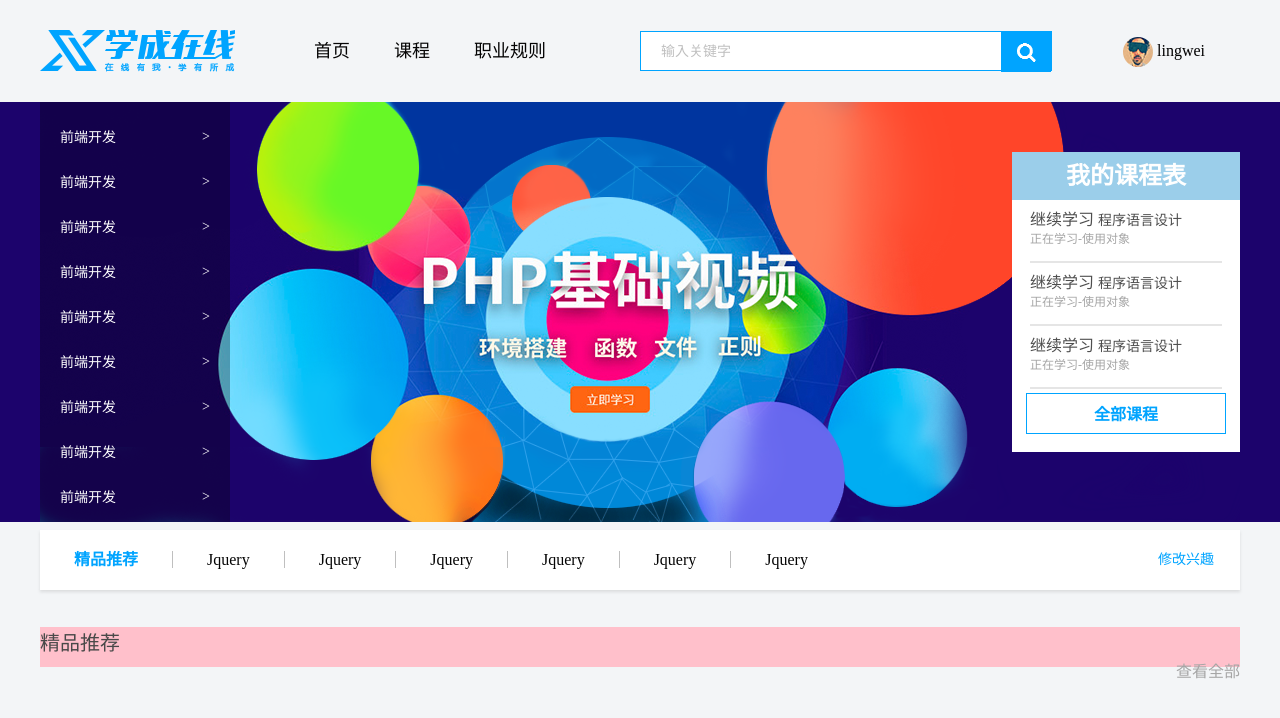
Repository: DengBiHua/xcdx
Page: index.html
The author's editor kept a copy of each file at every save. The page is drawn from the files as they stood at one save, then again after the next save.
The browser window is 1280 px wide. The pictures show the whole page.

Above is the page before, as saved 2022-04-15 10:11:36.

### index.html
<!DOCTYPE html>
<html lang="en">
<head>
    <meta charset="UTF-8">
    <meta http-equiv="X-UA-Compatible" content="IE=edge">
    <meta name="viewport" content="width=device-width, initial-scale=1.0">
    <title>学成在线</title>
    <link rel="stylesheet" href="css/index.css">
</head>
<body>
    <!-- 头部 -->
    <div class="header wrapper">
        <h1>
            <a href="#">
                <img src="images/logo.png" alt="">
            </a>
        </h1>
        <!-- 导航 -->
        <div class="nav">
            <ul>
                <li><a href="#">首页</a></li>
                <li><a href="#">课程</a></li>
                <li><a href="#">职业规则</a></li>
            </ul>
        </div>
        <!-- 搜索 -->
        <div class="search">
            <input type="text" placeholder="输入关键字">
            <button></button>
        </div>
        <!-- 用户 -->
        <div class="user">
            <img src="./images/user.png" alt="">
            <span>lingwei</span>
        </div>
    </div>
    <div class="banner">
        <div class="wrapper">
            <div class="left">
                <ul>
                    <li><a href="#">前端开发<span>></span></a></li>
                    <li><a href="#">前端开发<span>></span></a></li>
                    <li><a href="#">前端开发<span>></span></a></li>
                    <li><a href="#">前端开发<span>></span></a></li>
                    <li><a href="#">前端开发<span>></span></a></li>
                    <li><a href="#">前端开发<span>></span></a></li>
                    <li><a href="#">前端开发<span>></span></a></li>
                    <li><a href="#">前端开发<span>></span></a></li>
                    <li><a href="#">前端开发<span>></span></a></li>
                </ul>
            </div>
            <div class="right">
                <h2>我的课程表</h2>
                <div class="content">
                    <dl>
                        <dt>
                            <span class="titleLeft">继续学习</span>
                            <span class="titleRight">程序语言设计</span>
                        </dt>
                        <dd>正在学习-使用对象</dd>
                    </dl>
                    <dl>
                        <dt>
                            <span class="titleLeft">继续学习</span>
                            <span class="titleRight">程序语言设计</span>
                        </dt>
                        <dd>正在学习-使用对象</dd>
                    </dl>
                    <dl>
                        <dt>
                            <span class="titleLeft">继续学习</span>
                            <span class="titleRight">程序语言设计</span>
                        </dt>
                        <dd>正在学习-使用对象</dd>
                    </dl>
                </div>
                <a href="#" class="all">全部课程</a>
            </div>
        </div>
    </div>
    <!-- 精品推荐 -->
    <div class="recommend wrapper">
        <h2>精品推荐</h2>
        <ul>
            <li><a href="#">Jquery</a></li>
            <li><a href="#">Jquery</a></li>
            <li><a href="#">Jquery</a></li>
            <li><a href="#">Jquery</a></li>
            <li><a href="#">Jquery</a></li>
            <li><a href="#">Jquery</a></li>
        </ul>
        <a href="#" class="interest">修改兴趣</a>
    </div>
    <div class="recommendDetail wrapper">
        <div class="title">
            <h2>精品推荐</h2>
            <a href="#">查看全部</a>
        </div>
    </div>
</body>
</html>

### css/index.css
/* css代码顺序
1、浮动/display
2、盒子模型
3、文字样式
 */

/* 通用模版 */
* {
    margin: 0;
    padding: 0;
    /* 内减模式 */
    box-sizing: border-box;
}
li {
    /* 清除列表前方小圆点 */
    list-style-type: none;
}
a {
    /* 去除超链接文字的下划线 */
    text-decoration: none;
}
.clearfix::before,.clearfix::after {
    content: "";
    display: table;
}
.clearfix::after {
    clear: both;
}

/* 版心 */
.wrapper {
    width: 1200px;
    margin: 0 auto;
}

body {
    background-color: #f3f5f7;
}

/* 头部 */
.header {
    height: 42px;
    margin: 30px auto;
}

h1 {
    float: left;
}

/* 导航 */
.nav {
    float: left;

    height: 42px;
    margin-left: 70px;
}

.nav li {
    float: left;

    margin-right: 26px;
}

.nav li a {
    display: block;

    padding: 0 9px;
    height: 42px;
    line-height: 42px;

    font-size: 18px;
    color: #050505;
}

.nav li a:hover {
    border-bottom: 2px solid #00a4ff;
}

.search {
    float: left;
    margin-left: 59px;
    margin-top: 1px;
    width: 412px;
    height: 40px;
    border: 1px solid #00a4ff;
}

.search input {
    float: left;
    padding-left: 20px;
    width: 360px;
    height: 38px;
    border: 0;
}

.search input::placeholder {
    font-size: 14px;
    color: #bfbfbf;
}

.search button {
    float: left;
    width: 50px;
    height: 40px;
    background-image: url(../images/btn.png);
    border: 0;
}

.user {
    float: right;
    margin-right: 35px;
    height: 42px;
    line-height: 42px;
}

.user img {
    /* 调节图片垂直方向对齐方式 */
    vertical-align: middle;
}

.banner {
    height: 420px;
    background-color: #1c036c;
}

.banner .wrapper {
    height: 420px;
    background-image: url(../images/banner2.png);
}

.banner .left {
    float: left;
    padding: 0 20px;
    width: 190px;
    height: 420px;
    background-color: rgba(0, 0, 0, 0.3);
    line-height: 44px;
}

.banner ul {
    margin-top: 13px;
}

.banner a {
    font-size: 14px;
    color: #ffffff;
}

.banner a:hover {
    color: #00b4ff;
}

.banner .left span {
    float: right;
}

.banner .right {
    float: right;
    margin-top: 50px;
    width: 228px;
    height: 300px;
    background-color: #ffffff;
}

.banner .right h2 {
    height: 48px;
    background-color: #9bceea;
    font: 18px;
    color: #ffffff;
    text-align: center;
    line-height: 48px;
}

.banner .content {
    padding: 0 18px;
}

.banner .right dl {
    padding: 12px 0;
    border-bottom: 2px solid #e5e5e5;
}

.banner .right .content dt {
    color: #4e4e4e;
    line-height: 16px;
}

.banner .right .titleLeft {
    font-size: 16px;
}

.banner .right .titleRight {
    font-size: 14px;
}

.banner .right .content dd {
    color: #a5a5a5;
    font-size: 12px;
    line-height: 20px;
}

.banner .right .all {
    display: block;
    margin: 4px auto 0;
    width: 200px;
    height: 41px;
    border: 1px solid #00a4ff;
    font-weight: 700;
    font-size: 16px;
    color: #00a4ff;
    text-align: center;
    line-height: 41px;
}

.recommend {
    margin-top: 8px;
    height: 60px;
    background-color: #ffffff;
    box-shadow: 0px 2px 3px 0px rgba(118, 118, 118, 0.2);
    line-height: 60px;
}

.recommend h2 {
    float: left;
    width: 132px;
    text-align: center;
    font-size: 16px;
    font-weight: bold;
    color: #00a4ff;
}

.recommend ul {
    float: left;
}

.recommend ul li {
    float: left;
}

.recommend ul li a {
    padding: 0 34px;
    border-left: 1px solid #bfbfbf;
    font-size: 16px;
    color: #050505;
}

.recommend .interest {
    float: right;
    padding: 0 26px;
    font-size: 14px;
    color: #00a4ff;
}

.recommendDetail {
    margin-top: 37px;
}

.recommendDetail .title {
    height: 40px;
    background-color: pink;
}

.recommendDetail .title h2 {
    float: left;
    font-size: 20px;
    color: #494949;
    font-weight: 400;
}

.recommendDetail .title a {
    float: right;
    padding: 31px 0;
    font-size: 12;
    color: #a5a5a5;

}

After the next save:
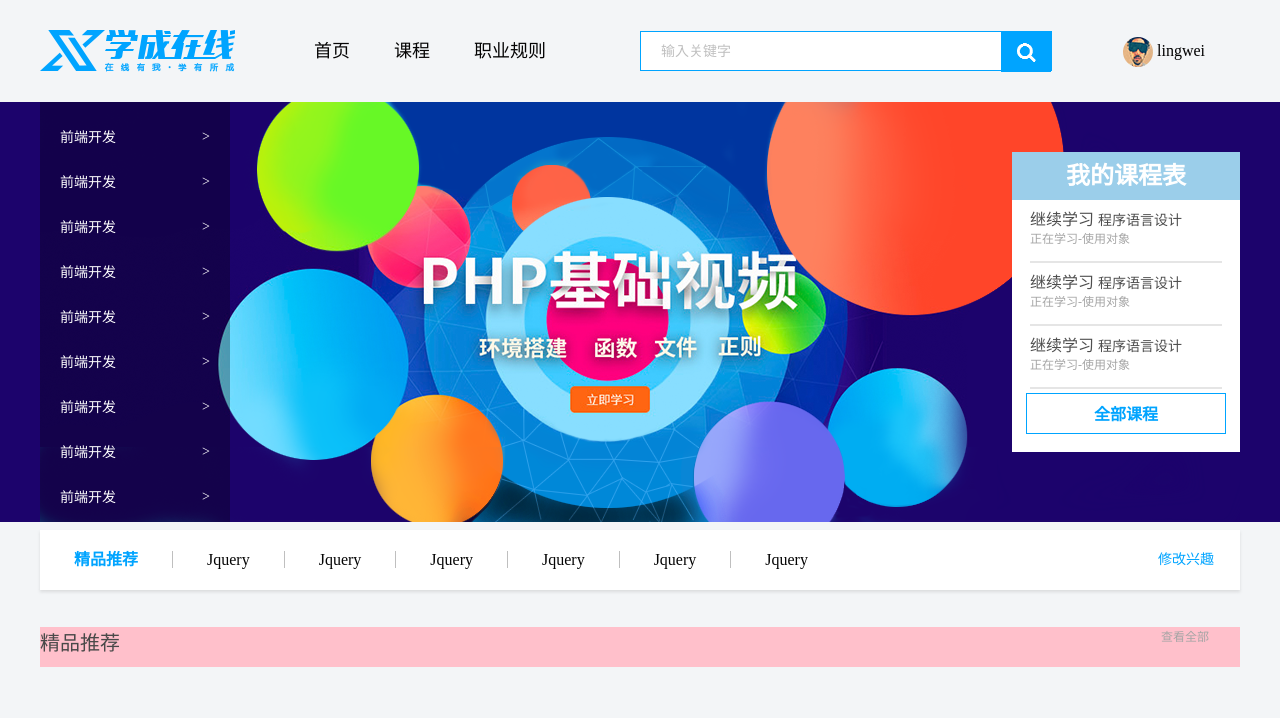
Saved 48 s later.
--- a/css/index.css
+++ b/css/index.css
@@ -269,8 +269,8 @@
 
 .recommendDetail .title a {
     float: right;
-    padding: 31px 0;
-    font-size: 12;
+    padding: 0 31px;
+    font-size: 12px;
     color: #a5a5a5;
 
 }
